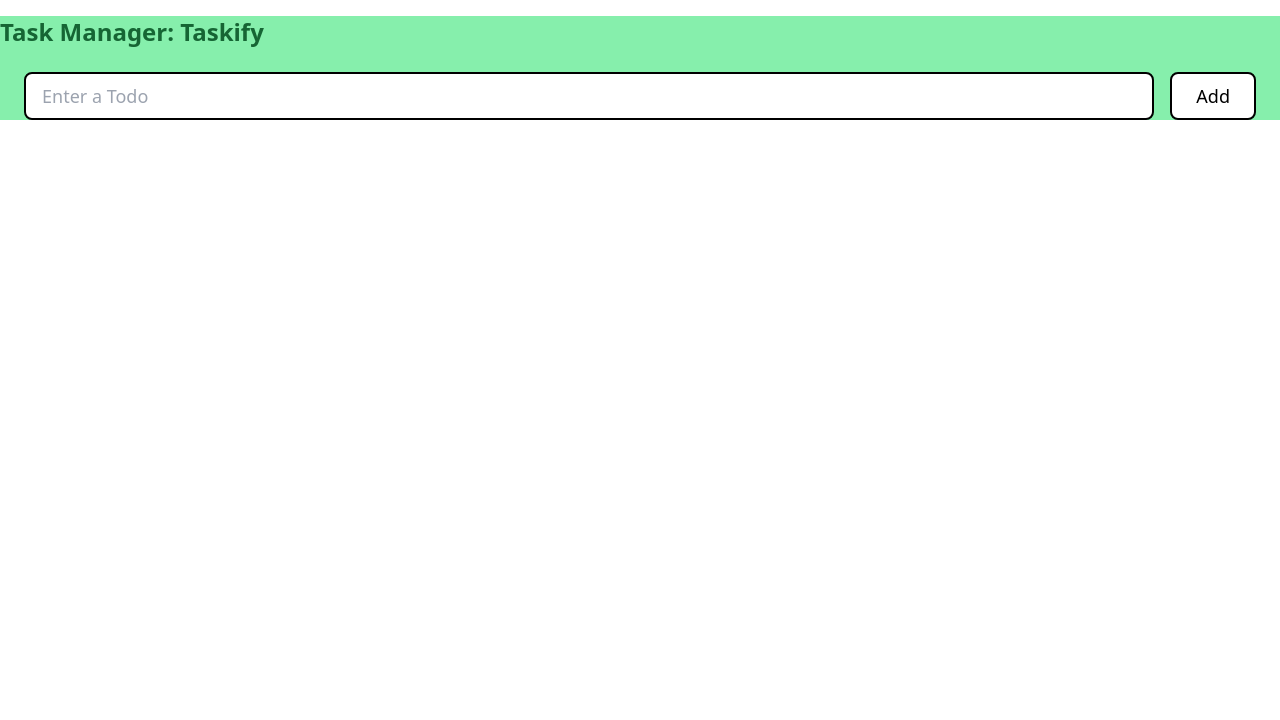
Repository: Dineshbhandari2023/Todo
Page: /
The author's editor kept a copy of each file at every save. The page is drawn from the files as they stood at one save, then again after the next save.
The browser window is 1280 px wide. The pictures show the whole page.
Some web fonts or font styles are not loaded; a fallback is used. The project was rebuilt for these pictures with package versions that can differ from the ones it lists, and the page was loaded fresh each time.

Above is the page before, as saved 2025-06-19 00:13:46.

After the next save:
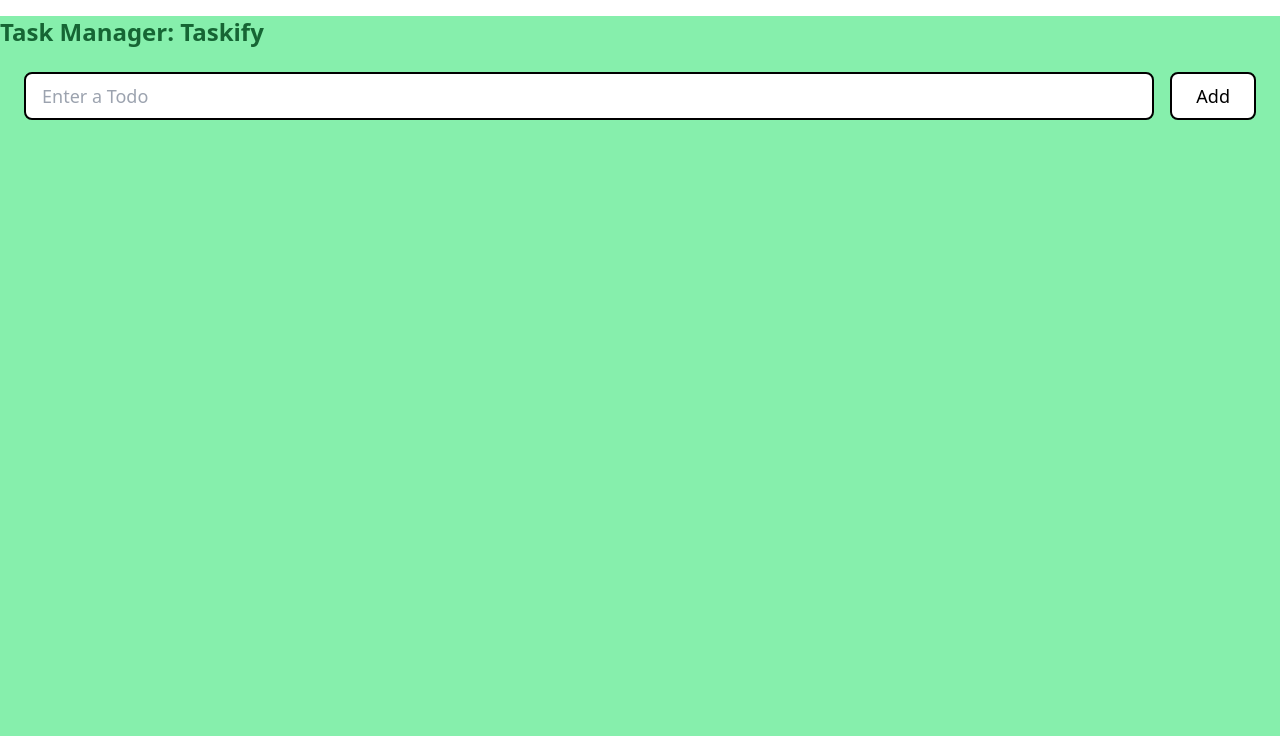
Saved 9 s later.
--- a/src/App.tsx
+++ b/src/App.tsx
@@ -45,7 +45,7 @@ const App: React.FC = () => {
   console.log(todos);
 
   return (
-    <div className="bg-green-300 h-full">
+    <div className="bg-green-300 h-screen">
       <h1 className="font-extrabold text-green-800 text-2xl mt-4">
         Task Manager: Taskify
       </h1>
